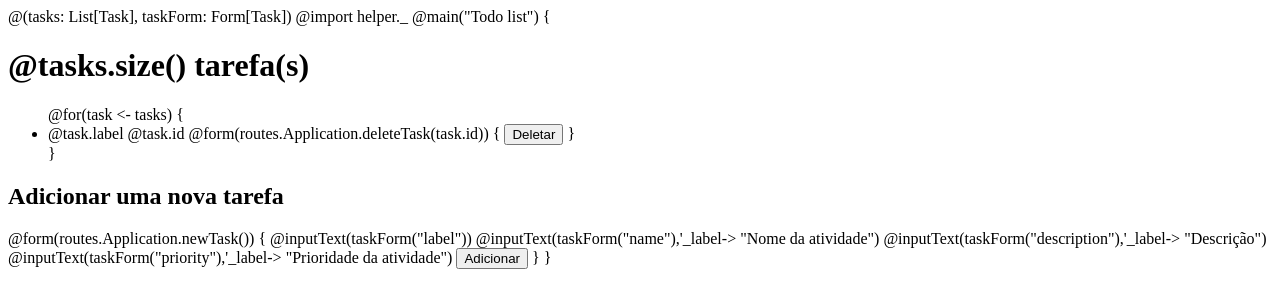
Repository: analuizamtg/si1
Page: lab2/todolist/.target/views/index.scala.html
These files come from the project's save history. The page is drawn as it stood at one moment and after the next save; the edit follows.
The browser window is 1280 px wide. The pictures show the whole page.

Above is the page before, as saved 2013-11-25 16:55:42.

After the next save:
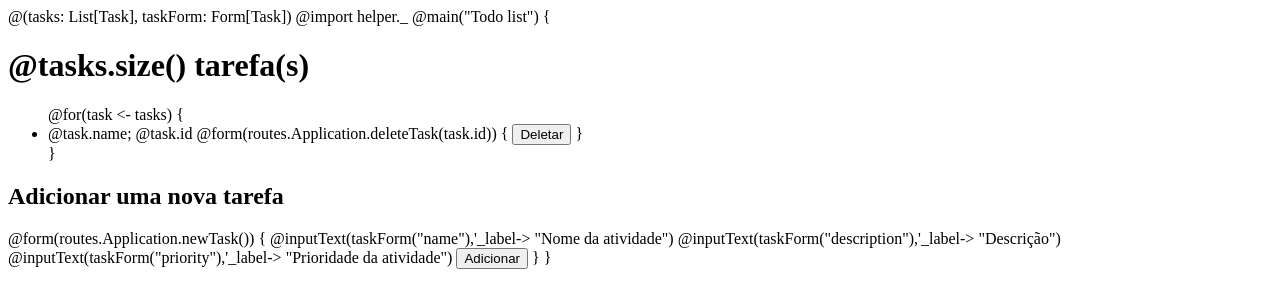
Saved 21 s later.
--- a/lab2/todolist/.target/views/index.scala.html
+++ b/lab2/todolist/.target/views/index.scala.html
@@ -9,7 +9,7 @@
     <ul>
         @for(task <- tasks) {
             <li>
-                @task.label
+                @task.name;
                 @task.id
 
 
@@ -24,7 +24,6 @@
 
     @form(routes.Application.newTask()) {
 
-        @inputText(taskForm("label"))
         @inputText(taskForm("name"),'_label-> "Nome da atividade")
         @inputText(taskForm("description"),'_label-> "Descrição")
         @inputText(taskForm("priority"),'_label-> "Prioridade da atividade")
